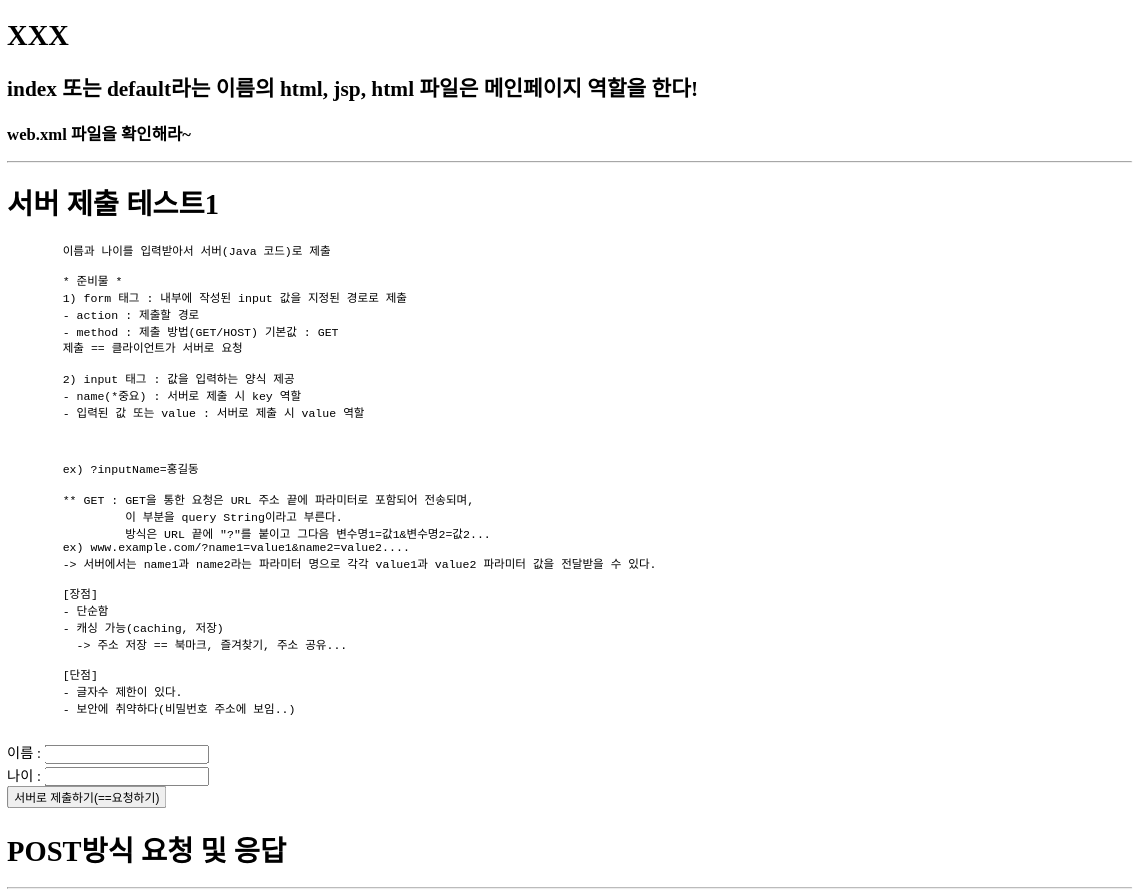
Repository: peb7544/05_Server
Page: ServletProject/src/main/webapp/index.html
These files come from the project's save history. The page is drawn as it stood at one moment and after the next save; the edit follows.
The browser window is 1280 px wide. The pictures show the whole page, at 89% of full size.

Above is the page before, as saved 2024-03-21 05:17:30.

After the next save:
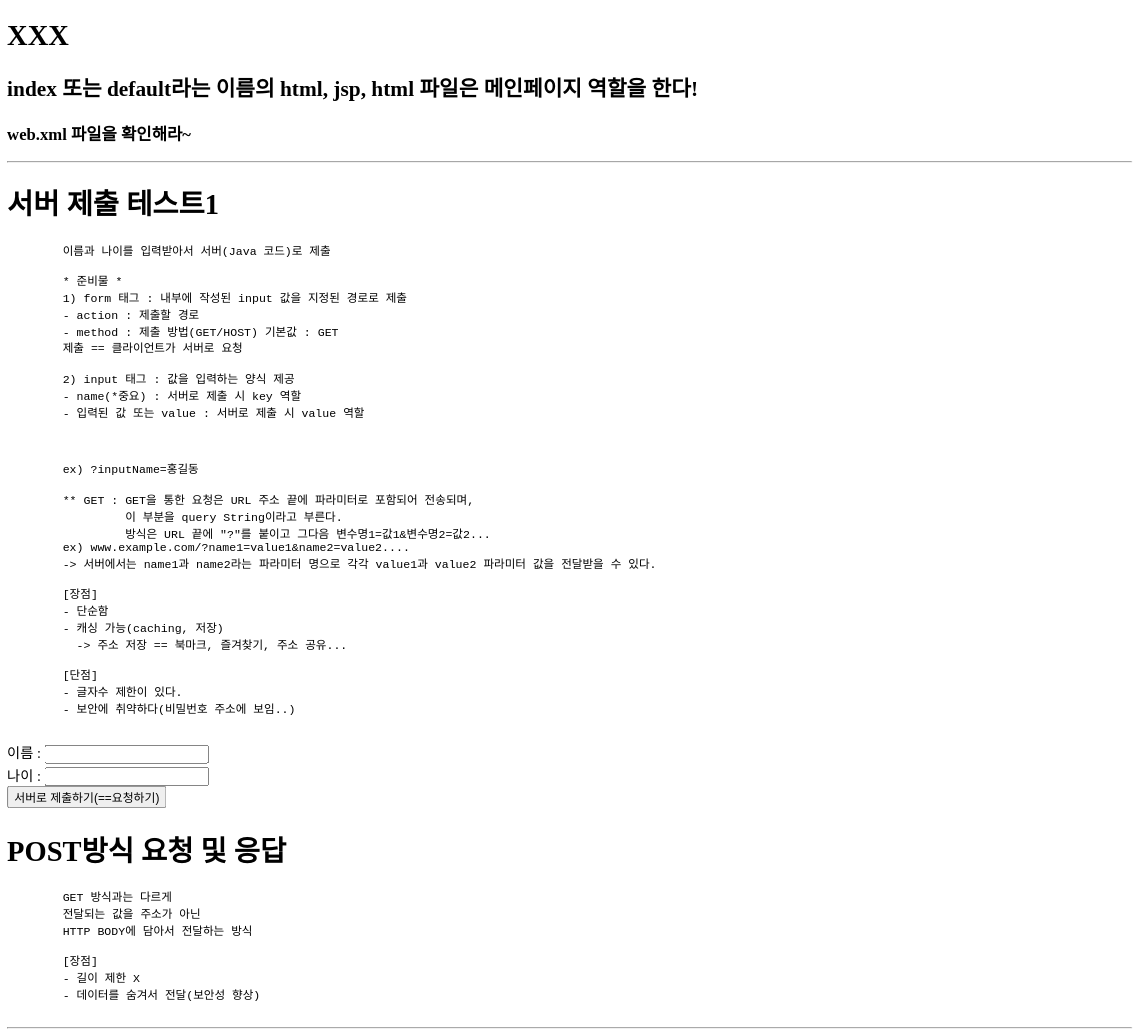
Saved 53 s later.
--- a/ServletProject/src/main/webapp/index.html
+++ b/ServletProject/src/main/webapp/index.html
@@ -57,6 +57,16 @@
 
     <h1>POST방식 요청 및 응답</h1>
 
+    <pre>
+    	GET 방식과는 다르게
+    	전달되는 값을 주소가 아닌
+    	HTTP BODY에 담아서 전달하는 방식
+
+    	[장점]
+    	- 길이 제한 X
+    	- 데이터를 숨겨서 전달(보안성 향상)
+    </pre>
+
     <hr>
 
 
